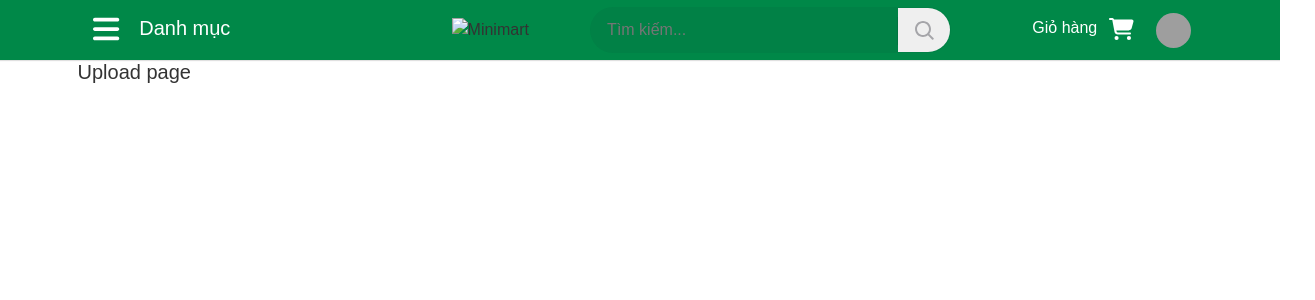
Repository: Duytan05/tiktok-ui
Page: /upload
The author's editor kept a copy of each file at every save. The page is drawn from the files as they stood at one save, then again after the next save.
The browser window is 1280 px wide. The page is 1280 px wide, then 1315 px, so the pictures cover 1315 px, including what lies to the right of the window. The pictures show the whole page.
Pictures or frames that could not be fetched are drawn as grey boxes. Some web fonts or font styles are not loaded; a fallback is used. The project was rebuilt for these pictures with package versions that can differ from the ones it lists, and the page was loaded fresh each time. Also part of the build but not shown: src/component/Button/Button.module.scss, src/component/Popper/Popper.module.scss, src/component/Popper/Menu/Menu.module.scss, src/component/Popper/Menu/Header.js, src/component/AccountItem/AccountItem.module.scss, src/component/AccountItem/index.js, src/component/Layout/components/Cart/CartItem.js, src/component/Layout/components/Container/Container.module.scss and 16 more.

Above is the page before, as saved 2023-05-23 14:14:35.

### public/index.html
<!DOCTYPE html>

<html lang="en">
    <head>
        <link rel="stylesheet" href="https://cdn.jsdelivr.net/npm/bootstrap@5.3.0-alpha1/dist/css/bootstrap.min.css" />
        <meta charset="utf-8" />
        <link rel="icon" href="%PUBLIC_URL%/favicon.ico" />
        <meta name="viewport" content="width=device-width, initial-scale=1" />
        <meta name="theme-color" content="#000000" />
        <meta name="description" content="Web site created using create-react-app" />
        <link rel="apple-touch-icon" href="%PUBLIC_URL%/logo192.png" />

        <!--
      manifest.json provides metadata used when your web app is installed on a
      user's mobile device or desktop. See https://developers.google.com/web/fundamentals/web-app-manifest/
    -->
        <link rel="manifest" href="%PUBLIC_URL%/manifest.json" />

        <!--
      Notice the use of %PUBLIC_URL% in the tags above.
      It will be replaced with the URL of the `public` folder during the build.
      Only files inside the `public` folder can be referenced from the HTML.

      Unlike "/favicon.ico" or "favicon.ico", "%PUBLIC_URL%/favicon.ico" will
      work correctly both with client-side routing and a non-root public URL.
      Learn how to configure a non-root public URL by running `npm run build`.
    -->
        <title>React App</title>
    </head>

    <body>
        <script
            src="https://cdn.jsdelivr.net/npm/bootstrap@5.3.0-alpha1/dist/js/bootstrap.bundle.min.js"
            integrity="sha384-w76AqPfDkMBDXo30jS1Sgez6pr3x5MlQ1ZAGC+nuZB+EYdgRZgiwxhTBTkF7CXvN"
            crossorigin="anonymous"
        ></script>
        <noscript>You need to enable JavaScript to run this app.</noscript>
        <div id="root"></div>
        <!--
      This HTML file is a template.
      If you open it directly in the browser, you will see an empty page.

      You can add webfonts, meta tags, or analytics to this file.
      The build step will place the bundled scripts into the <body> tag.

      To begin the development, run `npm start` or `yarn start`.
      To create a production bundle, use `npm run build` or `yarn build`.
    --></body>
</html>

### src/index.js
import React from 'react';

import ReactDOM from 'react-dom/client';
import App from '~/App';
import reportWebVitals from './reportWebVitals';
import GlobalStyle from '~/component/GlobalStyles';
const root = ReactDOM.createRoot(document.getElementById('root'));
root.render(
    <React.StrictMode>
        <GlobalStyle>
            <App />
        </GlobalStyle>
    </React.StrictMode>,
);

// If you want to start measuring performance in your app, pass a function
// to log results (for example: reportWebVitals(console.log))
// or send to an analytics endpoint. Learn more: https://bit.ly/CRA-vitals
reportWebVitals();

### src/App.js
import { Fragment } from 'react';
import { BrowserRouter as Router, Routes, Route } from 'react-router-dom';
import { publicRoutes } from '~/routers';
import { DefaultLayout } from './component/Layout';
import '../node_modules/bootstrap/dist/css/bootstrap.min.css';
import { CartProvider } from 'react-use-cart';
function App() {
    return (
        <CartProvider>
            <Router>
                <div className="App">
                    <Routes>
                        {publicRoutes.map((route, index) => {
                            const Page = route.component;
                            let Layout = DefaultLayout;
                            if (route.layout) {
                                Layout = route.layout;
                            } else if (route.layout === null) {
                                Layout = Fragment;
                            }
                            return (
                                <Route
                                    key={index}
                                    path={route.path}
                                    element={
                                        <Layout>
                                            <Page />
                                        </Layout>
                                    }
                                />
                            );
                        })}
                    </Routes>
                </div>
            </Router>
        </CartProvider>
    );
}
export default App;

### src/component/GlobalStyles/index.js
import './GlobalStyles.scss';
function GlobalStyle({ children }) {
    return children;
}
export default GlobalStyle;

### src/routers/index.js
//layouts
import { HeaderOnly } from '~/component/Layout';

//pages
import Home from '~/pages/Home';
import Following from '~/pages/Following';
import Profile from '~/pages/Profile';
import Upload from '~/pages/Upload';
import Search from '~/pages/Search';
import Cart from '~/pages/Cart/Cart';

//Public routes
const publicRoutes = [
    { path: '/', component: Home },
    { path: '/folowing', component: Following },
    { path: '/@:nickname', component: Profile },
    { path: '/cart', component: Cart },
    { path: '/upload', component: Upload, layout: HeaderOnly },
    { path: '/search', component: Search, layout: null },
];

const priviteRoutes = [];

export { priviteRoutes, publicRoutes };

### src/component/GlobalStyles/GlobalStyles.scss
@import 'normalize.css';

:root {
    --primary: #fe2c55;
    --black: #000;
    --text-color: #333;
    --white: #fff;
    //Default layout
    --default-layout-header-height: 60px;
    --default-layout-width: 1150px;
    --default-layout-horizontal-spacer: 24px;
}
* {
    margin: 0;
    padding: 0;
    box-sizing: border-box;
}
html {
    font-size: 62.5%;
}
body {
    font-family: 'ProximaNova', sans-serif;
    font-size: 1.6rem;
    line-height: 1.5;
    text-rendering: optimizeSpeed;
    color: var(--text-color);
}
button,
input,
[tabindex] {
    outline: none;
    border: none;
}
a[href] {
    color: var(--text-color);
    text-decoration: none;
}
//Fonst embeded
@font-face {
    font-family: ProximaNova;
    src: url('/assets/fonts/Proxima-Nova-Regular.woff2');
    font-weight: 400;
}
@font-face {
    font-family: ProximaNova;
    src: url('/assets/fonts/Proxima-Nova-Semibold.woff2');
    font-weight: 600;
}
@font-face {
    font-family: ProximaNova;
    src: url('/assets/fonts/Proxima-Nova-Bold.woff');
    font-weight: 700;
}
@font-face {
    font-family: SofiaPro;
    src: url('/assets/fonts/sofiapro-bold.woff2');
    font-weight: 700;
}

//custom tippy tooltip
body {
    .tippy-box {
        border-radius: 8px;
        font-weight: 600;
        font-size: 1.6rem;
        line-height: 2.2rem;
        background-color: rgba(84, 84, 84, 0.92);
    }
    .tippy-content {
        padding: 8px 9px;
    }
    .tippy-arrow {
        color: rgba(84, 84, 84, 0.92);
    }
    .tippy-box[data-placement^='bottom'] > .tippy-arrow:before {
        top: -8px;
    }
}

### src/pages/Upload/index.js
function Upload() {
    return <h2>Upload page </h2>;
}
export default Upload;

### src/component/Layout/HeaderOnly/index.js
import Header from '~/component/Layout/components/Header';

function HeaderOnly({ children }) {
    return (
        <div>
            <Header />
            <div className="container">
                <div className="content">{children}</div>
            </div>
        </div>
    );
}

export default HeaderOnly;

### src/component/Layout/components/Header/index.js
import classNames from 'classnames/bind';
import { FontAwesomeIcon } from '@fortawesome/react-fontawesome';
import {
    faBars,
    faCartShopping,
    faCircleQuestion,
    faCloudUpload,
    faCoins,
    faEarthAsia,
    faEllipsisVertical,
    faGear,
    faKeyboard,
    faShoppingCart,
    faSignOut,
    faUser,
} from '@fortawesome/free-solid-svg-icons';
import Tippy from '@tippyjs/react';
import 'tippy.js/dist/tippy.css';
import Button from '~/component/Button';
import styles from './Header.module.scss';
import images from '~/assets/images';
import Menu from '~/component/Popper/Menu';
import { MessengerIcon, InboxIcon } from '~/component/icons';
import Image from '~/component/Images';
import Search from '../Search';
import Cart from '~/pages/Cart/Cart';
const cx = classNames.bind(styles);

const MENU_ITEMS = [
    {
        // icon: <FontAwesomeIcon icon={faEarthAsia} />,
        title: 'English',
        children: {
            title: 'language',
            data: [
                {
                    type: 'language',
                    code: 'en',
                    title: 'English',
                },
                {
                    type: 'language',
                    code: 'vi',
                    title: 'Tiếng Việt',
                },
            ],
        },
        separate: true,
    },
    {
        // icon: <FontAwesomeIcon icon={faCircleQuestion} />,
        title: 'GẠO, BỘT, ĐỒ KHÔ GẠO',
        children: {
            title: 'Gạo, bột, đồ khô',
            data: [
                {
                    type: 'Gạo, bột, đồ khô',
                    title: 'Gạo các loại',
                },
                {
                    type: 'Gạo, bột, đồ khô',
                    title: 'Bột các loại',
                },
                {
                    type: 'Gạo, bột, đồ khô',
                    title: 'Xúc xính, lạp xưởng',
                },
            ],
        },
        separate: true,
    },
    {
        // icon: <FontAwesomeIcon icon={faKeyboard} />,
        title: 'MÌ, MIẾN, CHÁO, PHỞ',
        children: {
            title: 'loại',
            data: [
                {
                    type: 'loại',
                    code: 'en',
                    title: 'Mì ăn liền',
                },
                {
                    type: 'loại',
                    code: 'vi',
                    title: 'Hủ tiếu, miến',
                },
            ],
        },
        separate: true,
    },
    {
        // icon: <FontAwesomeIcon icon={faCircleQuestion} />,
        title: 'BIA, NƯỚC GIẢI KHÁT',
        separate: true,
    },
    {
        // icon: <FontAwesomeIcon icon={faKeyboard} />,
        title: 'SỮA CÁC LOẠI',
        separate: true,
    },
    {
        // icon: <FontAwesomeIcon icon={faCircleQuestion} />,
        title: 'BÁNH KEM CÁC LOẠI',
        separate: true,
    },
    {
        // icon: <FontAwesomeIcon icon={faKeyboard} />,
        title: 'CHĂM SÓC CÁ NHÂN',
        separate: true,
    },
    {
        // icon: <FontAwesomeIcon icon={faKeyboard} />,
        title: 'SỮA CÁC LOẠI',
        separate: true,
    },
    {
        // icon: <FontAwesomeIcon icon={faCircleQuestion} />,
        title: 'SẢN PHẨM CHO MẸ VÀ BÉ',
        separate: true,
    },
    {
        // icon: <FontAwesomeIcon icon={faKeyboard} />,
        title: 'VỆ SINH NHÀ CỬA ',
        separate: true,
    },
    {
        // icon: <FontAwesomeIcon icon={faKeyboard} />,
        title: 'ĐỒ DÙNG GIA ĐÌNH',
        separate: true,
    },
    {
        // icon: <FontAwesomeIcon icon={faCircleQuestion} />,
        title: 'CHĂM SÓC THÚ CƯNG',
        separate: true,
    },
];
function Header() {
    const currentUser = true;

    //handle logic
    const handleMenuChange = (menuItem) => {
        switch (menuItem.type) {
            case 'language':
                // handle change language
                break;
            default:
        }
    };
    const userMenu = [
        {
            // icon: <FontAwesomeIcon icon={faKeyboard} />,
            title: 'THỊT, CÁ, TRỨNG HẢI SẢN',
            children: {
                title: 'loại',
                data: [
                    {
                        type: 'loại',
                        code: 'en',
                        title: 'Thịt các loại',
                    },
                    {
                        type: 'loại',
                        code: 'vi',
                        title: 'Cá hải sản',
                    },
                ],
            },
            separate: true,
        },
        {
            // icon: <FontAwesomeIcon icon={faCoins} />,
            title: 'RAU, CỦ, NẤM, TRÁI CÂY ',
            separate: true,
        },
        {
            // icon: <FontAwesomeIcon icon={faGear} />,
            title: 'DẦU ĂN, GIA VỊ',
            separate: true,
        },
        {
            // icon: <FontAwesomeIcon icon={faSignOut} />,
            title: 'KEM, THỰC PHẨM ĐÔNG ',
            separate: true,
        },
        ...MENU_ITEMS,
    ];
    return (
        <header className={cx('wrapper')}>
            <div className={cx('inner')}>
                <div>
                    <Menu items={currentUser ? userMenu : MENU_ITEMS} onChange={handleMenuChange}>
                        {currentUser ? (
                            <div className={cx('category')}>
                                <FontAwesomeIcon icon={faBars} />
                            </div>
                        ) : (
                            <button className={cx('more-btn')}>
                                {/* <FontAwesomeIcon icon={faEllipsisVertical} /> */}
                            </button>
                        )}
                    </Menu>
                </div>
                <div className={cx('font')}>
                    <h2>Danh mục</h2>
                </div>

                <div className={cx('logo')}>
                    <img src={images.logo} alt="Minimart" />
                </div>
                <Search />

                <div className={cx('actions')}>
                    {currentUser ? (
                        <>
                            <h2 className={cx('cart')}> Giỏ hàng</h2>
                            <Tippy delay={[0, 200]} content="Không có sản phẩm nào ">
                                <button className={cx('action-btn')}>
                                    <FontAwesomeIcon icon={faCartShopping} />
                                </button>
                            </Tippy>
                            {/* <Tippy delay={[0, 200]} content="Messenger">
                                <button className={cx('action-btn')}>
                                    <MessengerIcon />
                                </button>
                            </Tippy>
                            <Tippy delay={[0, 200]} content="Inbox">
                                <button className={cx('action-btn')}>
                                    <InboxIcon />
                                </button>
                            </Tippy> */}
                        </>
                    ) : (
                        <>
                            <Button text>Upload</Button>
                            <Button outline>Log in</Button>
                        </>
                    )}
                    <Menu items={currentUser ? userMenu : MENU_ITEMS} onChange={handleMenuChange}>
                        {currentUser ? (
                            <Image
                                className={cx('user-avatar')}
                                src="https://scontent.fdad3-6.fna.fbcdn.net/v/t1.6435-1/150974224_952087568662287_5984013307778399862_n.jpg?stp=dst-jpg_p240x240&_nc_cat=104&ccb=1-7&_nc_sid=7206a8&_nc_ohc=u4lMAaiw6TAAX-odUgu&_nc_ht=scontent.fdad3-6.fna&oh=00_AfBUJRRRC8g_SBR02wp9-YY0TuGQzrEHaPRoPmDXD2u9qA&oe=6436BB5B"
                                alt="Nguyen Duy Tan"
                                fallback="https://scontent.fdad3-6.fna.fbcdn.net/v/t39.30808-6/311334752_809752306938632_8892506977697071182_n.jpg?_nc_cat=109&ccb=1-7&_nc_sid=09cbfe&_nc_ohc=c5j96XV44O4AX97p_ca&_nc_ht=scontent.fdad3-6.fna&oh=00_AfD0DEI9bPBowkqAfO6cPP2YKK8KH7ifb-G1q4WDXZXlOw&oe=6415753F"
                            />
                        ) : (
                            <button className={cx('more-btn')}>
                                <FontAwesomeIcon icon={faEllipsisVertical} />
                            </button>
                        )}
                    </Menu>
                </div>
            </div>
        </header>
    );
}
export default Header;

### src/component/Button/index.js
import classNames from 'classnames/bind';
import { Link } from 'react-router-dom';
import styles from './Button.module.scss';

const cx = classNames.bind(styles);

function Button({
    to,
    href,
    primary = false,
    outline = false,
    text = false,
    disabled,
    rounded = false,
    small = false,
    large = false,
    children,
    className,
    leftIcon,
    rightIcon,
    onClick,
    ...passProps
}) {
    let Comp = 'button';

    const props = {
        onClick,
        ...passProps,
    };
    //remove event listener when btn is disabled
    if (disabled) {
        Object.keys(props).forEach((key) => {
            if (key.startsWith('on') && typeof props[key] === 'function') {
                delete props[key];
            }
        });
    }
    if (to) {
        props.to = to;
        Comp = Link;
    } else if (href) {
        props.href = href;
        Comp = 'a';
    }
    const classes = cx('wrapper', {
        [className]: className,
        primary,
        outline,
        text,
        rounded,
        small,
        disabled,
        large,
    });
    return (
        <Comp className={classes} {...props}>
            {leftIcon && <span className={cx('icon')}>{leftIcon}</span>}
            <span className={cx('title')}>{children}</span>
            {rightIcon && <span className={cx('icon')}>{rightIcon}</span>}
        </Comp>
    );
}

export default Button;

### src/component/Layout/components/Header/Header.module.scss
.wrapper {
    --search-border-radius: 92px;
    --search-height: 46px;
    --search-top-spacer: 9px;
    --search-buttom-width: 52px;
    width: 100%;
    height: var(--default-layout-header-height, 60px);
    box-shadow: 0px 1px 1px rgb(0 0 0/ 12%);
    display: flex;
    justify-content: center;
    background-color: #008848;
}

.inner {
    height: 100%;
    width: var(--default-layout-width);
    padding: 0 var(--default-layout-horizontal-spacer);
    display: flex;
    align-items: center;
    justify-content: space-between;
}

.custom-login {
    color: red;
}
//actions
.actions {
    display: flex;
    align-items: center;
}
.more-btn {
    font-size: 2rem;
    margin-left: 28px;
    padding: 4px 8px;
    background-color: transparent;
    cursor: pointer;
}
.action-btn {
    font-size: 2.2rem;
    color: white;
    background-color: transparent;
    padding: 4px 12px;
    cursor: pointer;
}
.user-avatar {
    width: 35px;
    height: 35px;
    object-fit: cover;
    border-radius: 50%;
    margin-left: 10px;
    cursor: pointer;
}
.category {
    width: 45px;
    height: 45px;
    font-size: 30px;
    align-items: center;
    color: white;
    margin-left: 4px;
    cursor: pointer;
}
.font {
    margin-right: 40px;
    font-size: 16px;
    color: white;
}
.logo {
    margin-left: 180px;
    margin-right: 60px;
}
.cart {
    font-size: 16px;
    color: white;
    background-color: transparent;
    margin-left: 80px;
}

### src/assets/images/index.js
const images = {
    logo: require('~/assets/images/logo.webp').default,
    noImage: require('~/assets/images/no-image.png'),
};

export default images;

### src/component/Popper/Menu/index.js
import classNames from 'classnames/bind';
import Tippy from '@tippyjs/react/headless';

import { Wrapper as PopperWrapper } from '~/component/Popper';
import styles from './Menu.module.scss';
// import Header from './Header';
import MenuItem from './MenuItem';
import { useState } from 'react';
import Header from './Header';

const cx = classNames.bind(styles);

const defaultfn = () => {};

function Menu({ children, items = [], onChange = defaultfn }) {
    const [history, setHistory] = useState([{ data: items }]);
    const current = history[history.length - 1];

    const renderItems = () => {
        return current.data.map((item, index) => {
            const isParent = !!item.children;
            return (
                <MenuItem
                    key={index}
                    data={item}
                    onClick={() => {
                        if (isParent) {
                            setHistory((prev) => [...prev, item.children]);
                        } else {
                            onChange(item);
                        }
                    }}
                />
            );
        });
    };
    return (
        <Tippy
            interactive
            placement="bottom-start"
            delay={[0, 5000]}
            offset={[0, 0]}
            render={(attrs) => (
                <div className={cx('menu-list')} tabIndex="-1" {...attrs}>
                    <PopperWrapper className={cx('menu-popper')}>
                        {history.length > 1 && (
                            <Header
                                title="Types"
                                onBack={() => {
                                    setHistory((prev) => prev.slice(0, prev.length - 1));
                                }}
                            />
                        )}

                        {renderItems()}
                    </PopperWrapper>
                </div>
            )}
            // set lại giá trị như ban đầu
            onHide={() => setHistory((prev) => prev.slice(0, 1))}
        >
            {children}
        </Tippy>
    );
}

export default Menu;

### src/component/Images/index.js
import classNames from 'classnames';
import { forwardRef, useState } from 'react';
import images from '~/assets/images';
import Styles from './Image.module.scss';
const Image = forwardRef(({ src, alt, className, fallback: customFallback = images.noImage, ...props }, ref) => {
    const [fallback, setFallback] = useState('');

    const handleError = () => {
        setFallback(images.noImage);
    };
    return (
        <img
            className={classNames(Styles.wrapper, className)}
            ref={ref}
            src={fallback || src}
            alt={alt}
            {...props}
            onError={handleError}
        />
    );
});

export default Image;

### src/component/Popper/Menu/MenuItem.js
import classNames from 'classnames/bind';
import Button from '~/component/Button';
import styles from './Menu.module.scss';

const cx = classNames.bind(styles);

function MenuItem({ data, onClick }) {
    const classes = cx('menu-item', {
        separate: data.separate,
    });
    return (
        <Button className={classes} leftIcon={data.icon} to={data.to} onClick={onClick}>
            {' '}
            {data.title}
        </Button>
    );
}
export default MenuItem;

### src/utills/request.js
import axios from 'axios';

const request = axios.create({
    baseURL: 'https://tiktok.fullstack.edu.vn/api/',
});

export const get = async (path, options = {}) => {
    const response = await request.get();
    return response.data;
};
export default request;

### src/component/Layout/components/Search/Search.module.scss
.search,
.search-result {
    width: 361px;
}
.search {
    position: relative;
    height: var(--search-height);
    padding-left: 16px;
    display: flex;
    background-color: rgb(22, 25, 35, 0.06);
    // cho hình nó cong , tròn lại xíu hhaa
    border-radius: var(--search-border-radius);
    border: 1.5px solid transparent;

    input {
        flex: 1;
        height: 100%;
        color: var(--black);
        font-size: 1.6rem;
        // màu con nháy chuột
        caret-color: var(--primary);
        background-color: transparent;
    }
    input:not(:placeholder-shown) ~ .search-btn {
        color: rgba(22, 24, 35, 0.75);
    }
    &::after {
        content: '';
        position: absolute;
        top: var(--search-top-spacer);
        right: var(--search-buttom-width);
        height: calc(var(--search-height) - var(--search-top-spacer) * 2);
        width: 1px;
        background-color: rgba(22, 24, 35, 0.12);
    }
    &:focus-within {
        border-color: rgba(22, 24, 35, 0.2);
    }
}
.search-title {
    padding: 5px 12px;
    font-size: 1.4rem;
    font-weight: 600;
    color: rgba(22, 24, 35, 0.5);
}
.clear,
.loading {
    position: absolute;
    //căn giữa
    right: calc(var(--search-buttom-width) + 16px);
    top: 50%;
    transform: translateY(-50%);
    color: rgba(22, 24, 35, 0.34);
}
.loading {
    animation: spinner 2s linear infinite;
}

@keyframes spinner {
    from {
        transform: translateY(-50%) rotate(0);
    }
    to {
        transform: translateY(-50%) rotate(360deg);
    }
}
.search-btn {
    width: var(--search-buttom-width);
    height: 100%;
    border-top-right-radius: var(--search-border-radius);
    border-bottom-right-radius: var(--search-border-radius);
    font-size: 1.8rem;
    color: rgba(22, 24, 35, 0.34);
    &:hover {
        cursor: pointer;
        background-color: rgba(22, 24, 35, 0.03);
    }
    &:active {
        background-color: rgba(22, 24, 35, 0.06);
    }
}

### src/component/Popper/Wrapper.js
import classNames from 'classnames/bind';
import styles from './Popper.module.scss';

const cx = classNames.bind(styles);
function Wrapper({ children, className }) {
    return <div className={cx('wrapper', className)}>{children}</div>;
}

export default Wrapper;

### src/hooks/useDebounce.js
import { useState, useEffect } from 'react';

function useDebounce(value, delay) {
    const [debounceValue, setDebounceValue] = useState(value);

    useEffect(() => {
        const handler = setTimeout(() => setDebounceValue(value), delay);

        return () => clearTimeout(handler);
    }, [value]);

    return debounceValue;
}
export default useDebounce;

Loaded but not shown: src/reportWebVitals.js (common file); src/component/Layout/index.js (common file); src/component/Popper/index.js (common file); src/component/Images/Image.module.scss (common file); src/hooks/index.js (common file); src/component/Layout/components/Search/index.js (97 lines, source omitted); src/component/icons/index.js (52 lines, source omitted); src/component/Layout/components/Itemcart/itemcart.module.scss (no stored copy; drawn as an empty file)

After the next save:
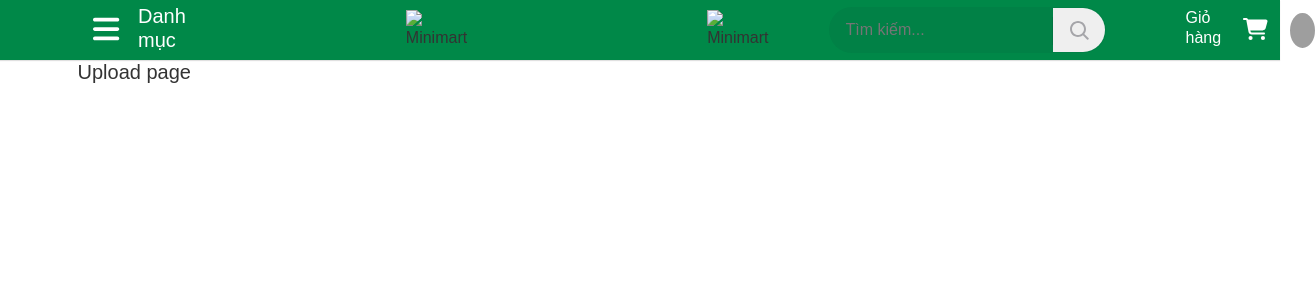
Saved 87 s later.
--- a/src/component/Layout/components/Header/index.js
+++ b/src/component/Layout/components/Header/index.js
@@ -205,6 +205,9 @@ function Header() {
                     <h2>Danh mục</h2>
                 </div>
 
+                <div className={cx('logo')}>
+                    <img src={images.logo} alt="Minimart" />
+                </div>
                 <div className={cx('logo')}>
                     <img src={images.logo} alt="Minimart" />
                 </div>
